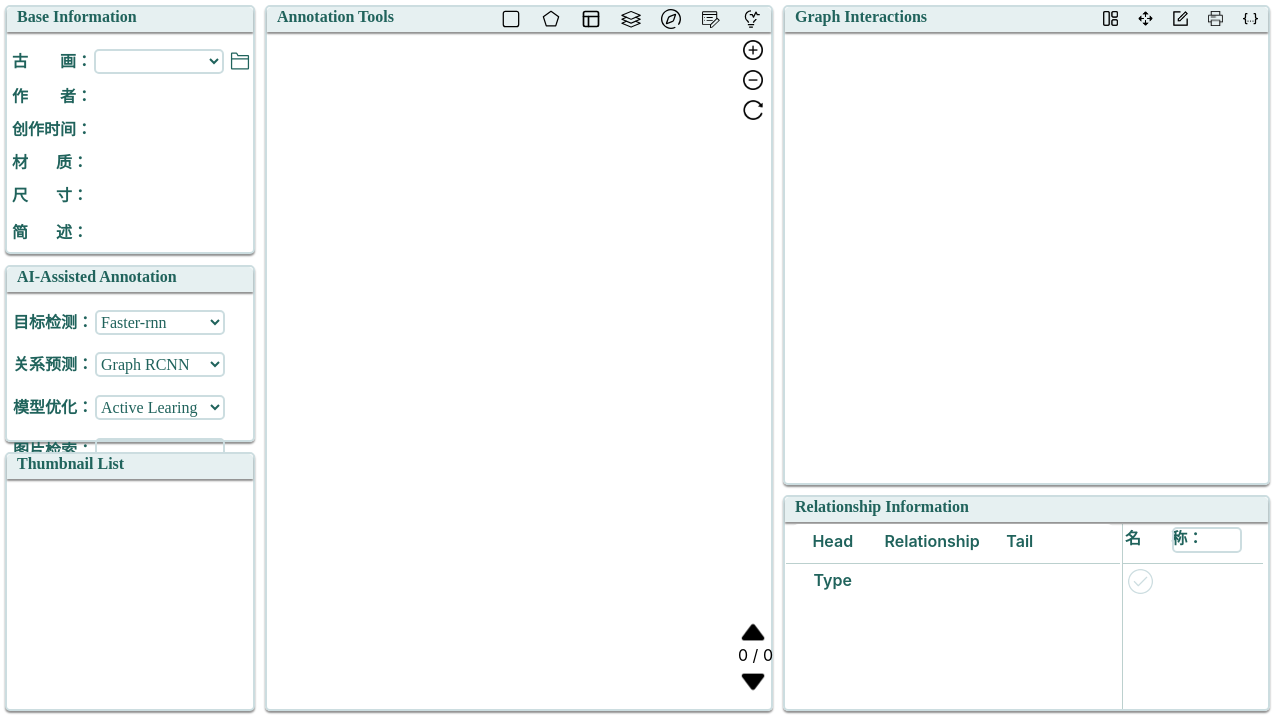
Repository: cailbh/ImageLabelTool
Page: /
The author's editor kept a copy of each file at every save. The page is drawn from the files as they stood at one save, then again after the next save.
The browser window is 1280 px wide. The pictures show the whole page.
The project was rebuilt for these pictures with package versions that can differ from the ones it lists, and the page was loaded fresh each time.

Above is the page before, as saved 2022-11-14 22:55:48.

After the next save:
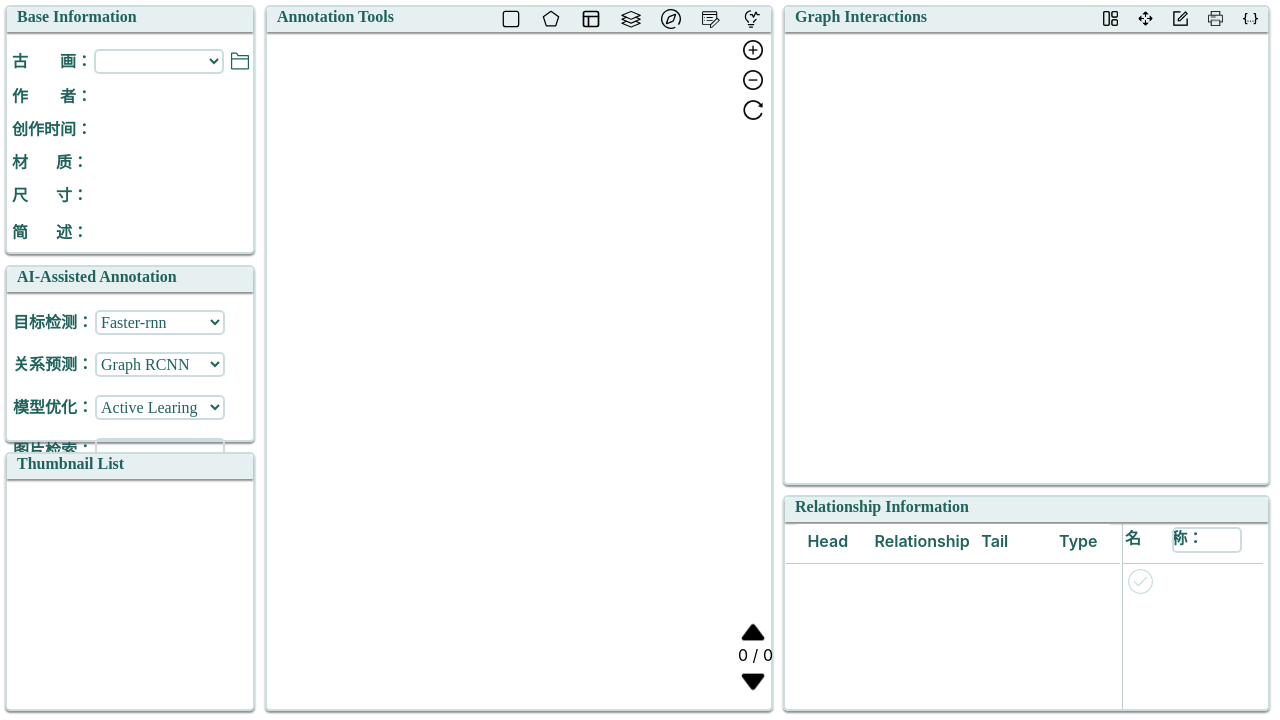
Saved 13 s later.
--- a/src/component/GraphRelationship/index.css
+++ b/src/component/GraphRelationship/index.css
@@ -32,7 +32,7 @@
     padding: 0px !important;
 }
 .relationship-table-head-co{
-    width: 25%;
+    width: calc(25% - 10px);
     height: calc(100% - 10px);
     float: left;
     margin: 5px;
